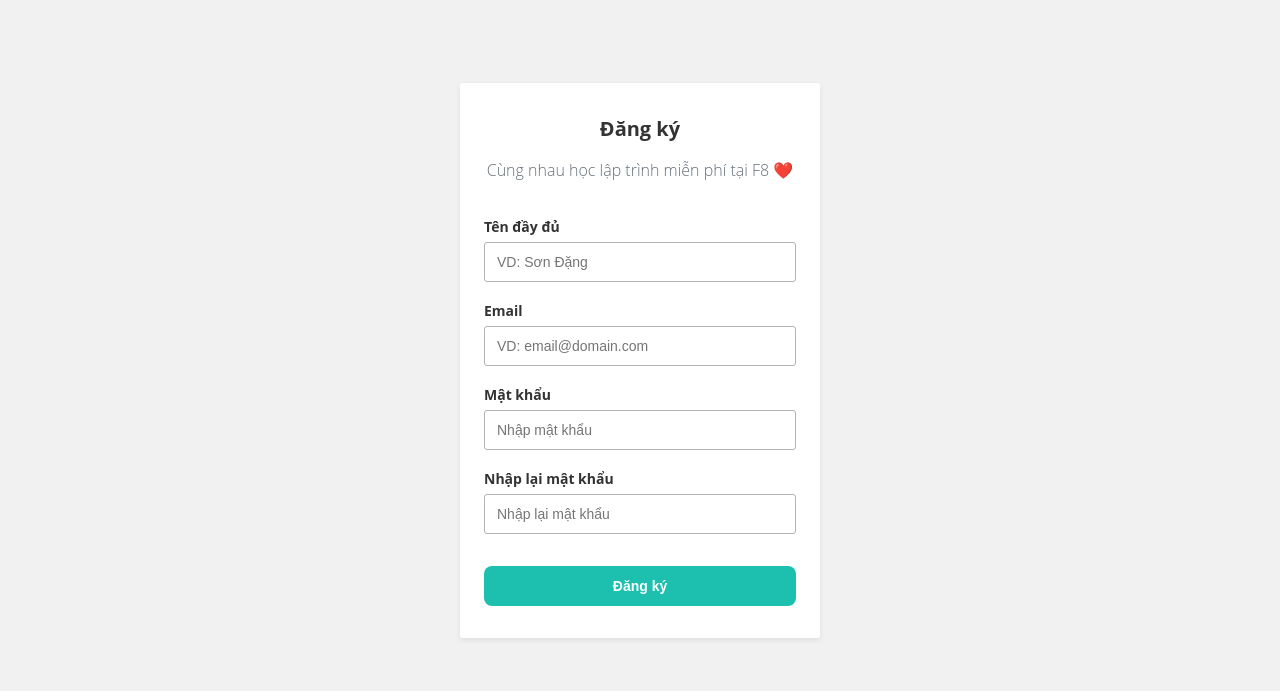
Repository: ndxbinh1922001/signup
Page: index.html
An editor plug-in stored every save of this project. The page is shown before and after the next save, followed by the edit.
The browser window is 1280 px wide. The pictures show the whole page.

Above is the page before, as saved 2021-10-16 14:05:58.

### index.html
<!DOCTYPE html>
<html lang="en">
<head>
    <meta charset="UTF-8">
    <meta http-equiv="X-UA-Compatible" content="IE=edge">
    <meta name="viewport" content="width=device-width, initial-scale=1.0">
    <link rel="stylesheet" href="/css/style.css">
    <title>Document</title>
</head>
<body>
    <div class="main">

  <form action="" method="POST" class="form" id="form-1">
    <h3 class="heading">Đăng ký</h3>
    <p class="desc">Cùng nhau học lập trình miễn phí tại F8 ❤️</p>

    <div class="spacer"></div>

    <div class="form-group">
      <label for="fullname" class="form-label">Tên đầy đủ</label>
      <input id="fullname" name="fullname" type="text" placeholder="VD: Sơn Đặng" class="form-control">
      <span class="form-message"></span>
    </div>

    <div class="form-group">
      <label for="email" class="form-label">Email</label>
      <input id="email" name="email" type="text" placeholder="VD: email@domain.com" class="form-control">
      <span class="form-message"></span>
    </div>

    <div class="form-group">
      <label for="password" class="form-label">Mật khẩu</label>
      <input id="password" name="password" type="password" placeholder="Nhập mật khẩu" class="form-control">
      <span class="form-message"></span>
    </div>

    <div class="form-group">
      <label for="password_confirmation" class="form-label">Nhập lại mật khẩu</label>
      <input id="password_confirmation" name="password_confirmation" placeholder="Nhập lại mật khẩu" type="password" class="form-control">
      <span class="form-message"></span>
    </div>

    <button class="form-submit">Đăng ký</button>
  </form>

</div>
</body>
</html>

### css/style.css
* {
    padding: 0;
    margin: 0;
    box-sizing: border-box;
}

html {
    color: #333;
    font-size: 62.5%;
    font-family: "Open Sans", sans-serif;
}

.main {
    background: #f1f1f1;
    min-height: 100vh;
    display: flex;
    justify-content: center;
}

.form {
    width: 360px;
    min-height: 100px;
    padding: 32px 24px;
    text-align: center;
    background: #fff;
    border-radius: 2px;
    margin: 24px;
    align-self: center;
    box-shadow: 0 2px 5px 0 rgba(51, 62, 73, 0.1);
}

.form .heading {
    font-size: 2rem;
}

.form .desc {
    text-align: center;
    color: #636d77;
    font-size: 1.6rem;
    font-weight: lighter;
    line-height: 2.4rem;
    margin-top: 16px;
    font-weight: 300;
}

.form-group {
    display: flex;
    margin-bottom: 16px;
    flex-direction: column;
}

.form-label,
.form-message {
    text-align: left;
}

.form-label {
    font-weight: 700;
    padding-bottom: 6px;
    line-height: 1.8rem;
    font-size: 1.4rem;
}

.form-control {
    height: 40px;
    padding: 8px 12px;
    border: 1px solid #b3b3b3;
    border-radius: 3px;
    outline: none;
    font-size: 1.4rem;
}

.form-control:hover {
    border-color: #1dbfaf;
}

.form-group.invalid .form-control {
    border-color: #f33a58;
}

.form-group.invalid .form-message {
    color: #f33a58;
}

.form-message {
    font-size: 1.2rem;
    line-height: 1.6rem;
    padding: 4px 0 0;
}

.form-submit {
    outline: none;
    background-color: #1dbfaf;
    margin-top: 12px;
    padding: 12px 16px;
    font-weight: 600;
    color: #fff;
    border: none;
    width: 100%;
    font-size: 14px;
    border-radius: 8px;
    cursor: pointer;
}

.form-submit:hover {
    background-color: #1ac7b6;
}

.spacer {
    margin-top: 36px;
}

After the next save:
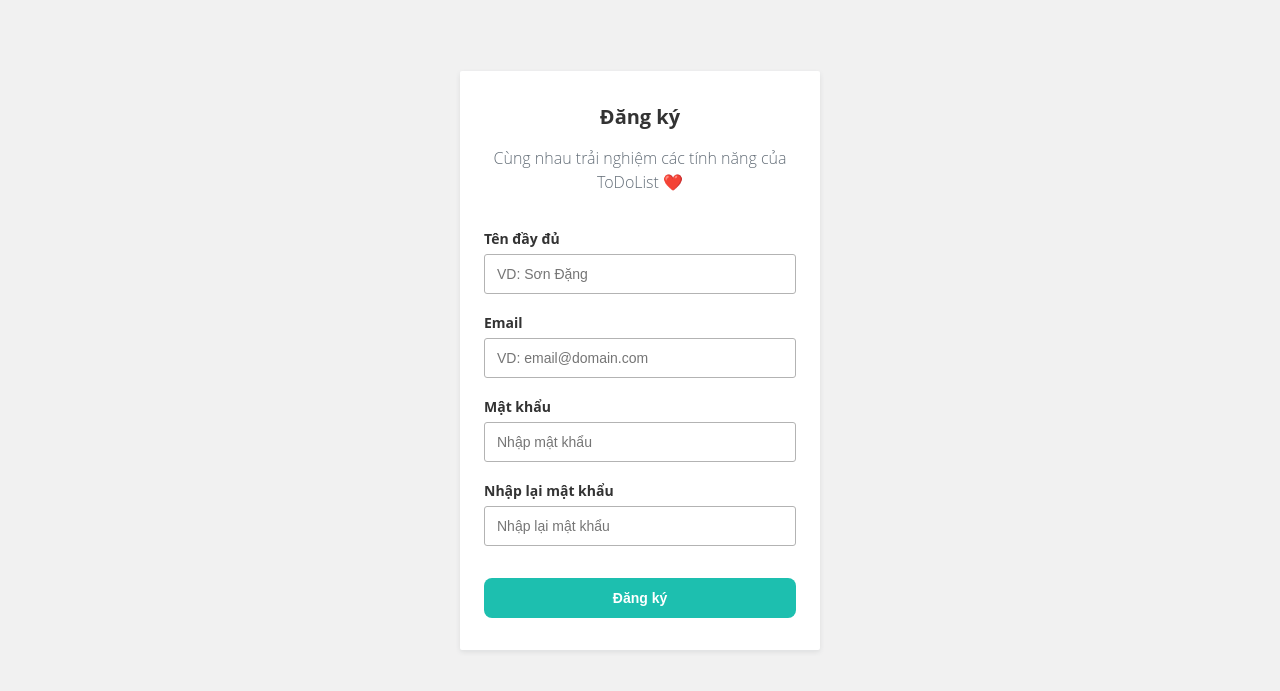
Saved 36 s later.
--- a/index.html
+++ b/index.html
@@ -12,7 +12,7 @@
 
   <form action="" method="POST" class="form" id="form-1">
     <h3 class="heading">Đăng ký</h3>
-    <p class="desc">Cùng nhau học lập trình miễn phí tại F8 ❤️</p>
+    <p class="desc">Cùng nhau trải nghiệm các tính năng của ToDoList ❤️</p>
 
     <div class="spacer"></div>
 
